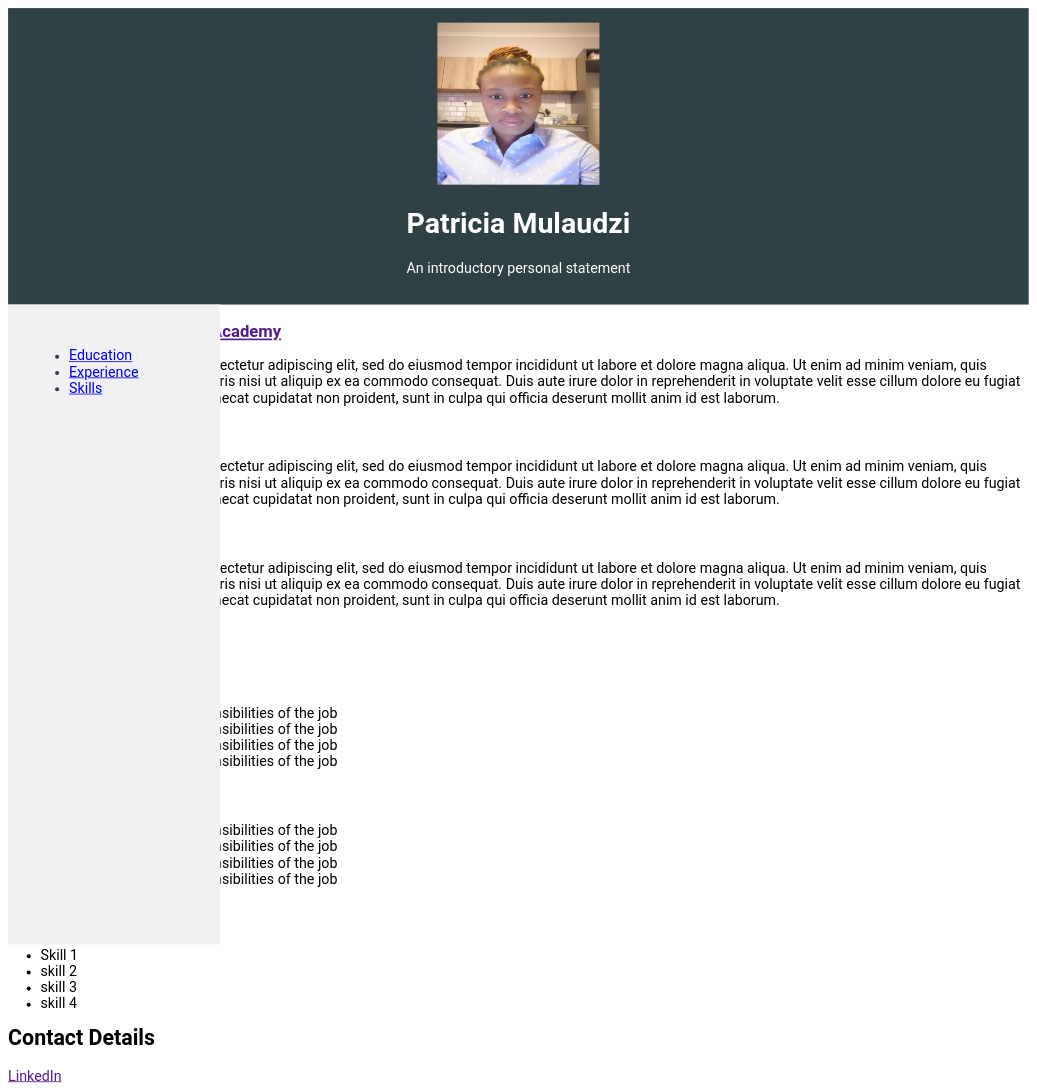
Repository: Patricious/Digital-Resume-01
Page: index.html
An editor plug-in stored every save of this project. The page is shown before and after the next save, followed by the edit.
The browser window is 1280 px wide. The pictures show the whole page, at 81% of full size.

Above is the page before, as saved 2021-08-23 10:43:47.

After the next save:
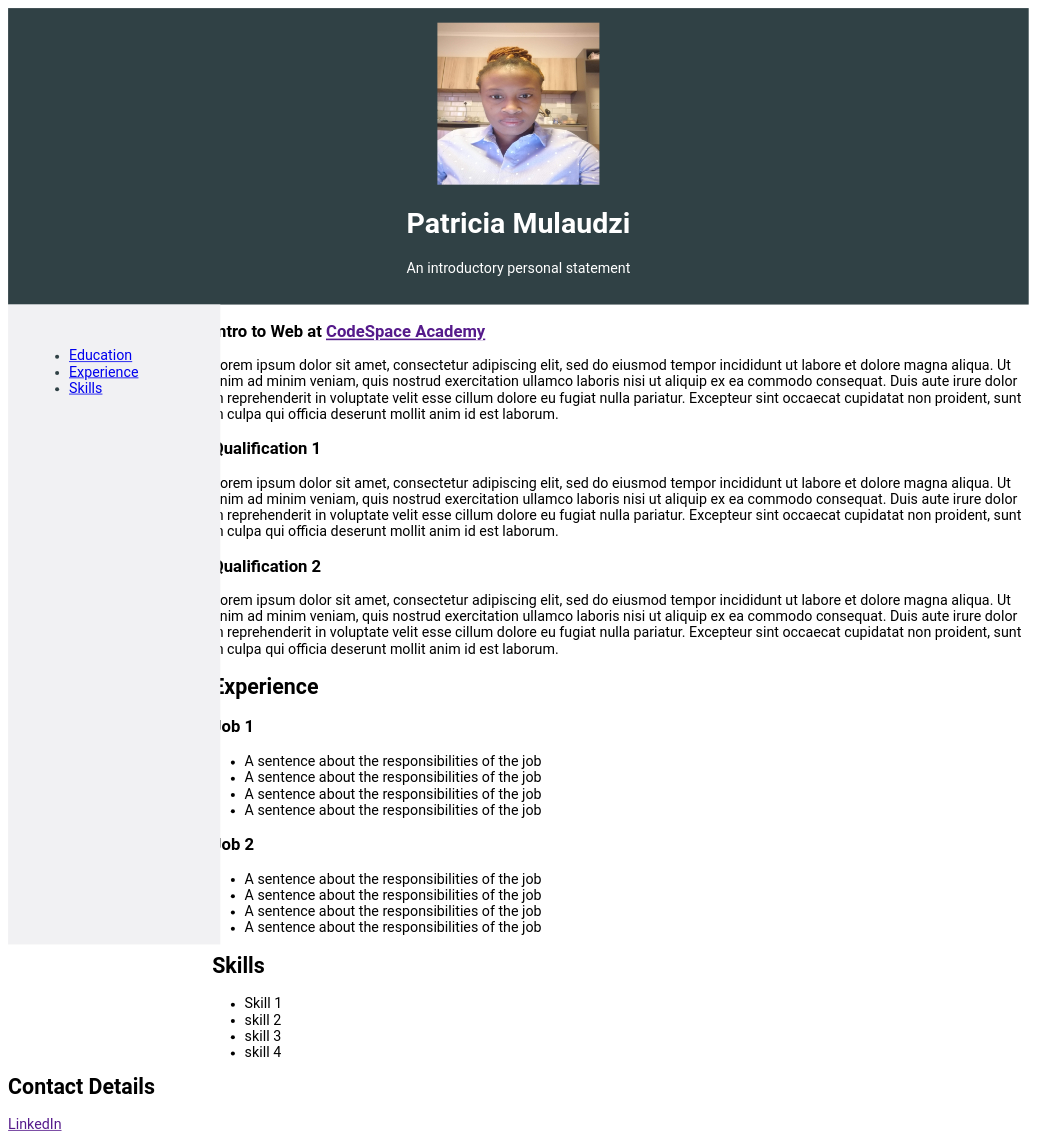
Saved 22 s later.
--- a/css/stylesheet.css
+++ b/css/stylesheet.css
@@ -25,4 +25,5 @@ aside {
 
 section {
     float: right;
+    margin-left: 20%;
 }
